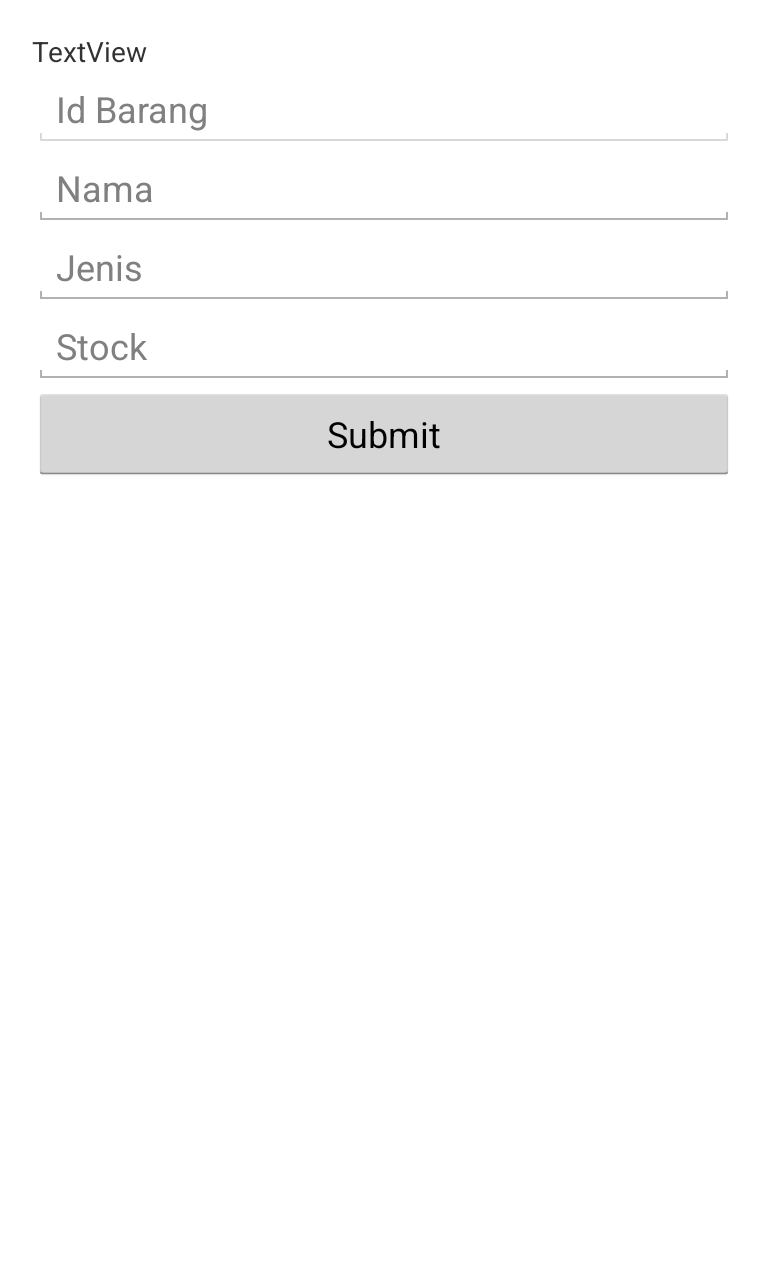
Repository: kisahtegar/UnipiLabs
Layout: GudangKisah/res/layout/activity_update_data.xml
These files come from the project's save history. The layout is drawn as it stood at one moment and after the next save; the edit follows.
It is drawn on a 768 x 1280 px phone screen (xhdpi) without system bars, with theme AppTheme; the app's code is not run.

Above is the layout before, as saved 2024-07-31 04:34:16.

### GudangKisah/res/layout/activity_update_data.xml
<!-- activity_update_data.xml -->
<LinearLayout xmlns:android="http://schemas.android.com/apk/res/android"
    android:layout_width="match_parent"
    android:layout_height="match_parent"
    android:orientation="vertical"
    android:padding="16dp">

    <TextView
        android:id="@+id/textView1"
        android:layout_width="wrap_content"
        android:layout_height="wrap_content"
        android:text="TextView" />

    <EditText
        android:id="@+id/id_barang"
        android:layout_width="match_parent"
        android:layout_height="wrap_content"
        android:hint="@string/id_barang"
        android:enabled="false" />

    <EditText
        android:id="@+id/nama"
        android:layout_width="match_parent"
        android:layout_height="wrap_content"
        android:hint="@string/nama" />

    <EditText
        android:id="@+id/jenis"
        android:layout_width="match_parent"
        android:layout_height="wrap_content"
        android:hint="@string/jenis"/>

    <EditText
        android:id="@+id/stock"
        android:layout_width="match_parent"
        android:layout_height="wrap_content"
        android:hint="@string/stock"/>

    <Button
        android:id="@+id/submit_button"
        android:layout_width="match_parent"
        android:layout_height="wrap_content"
        android:text="@string/submit"/>

</LinearLayout>

### GudangKisah/res/values/strings.xml
<?xml version="1.0" encoding="utf-8"?>
<resources>

    <string name="app_name">GudangKisah</string>
    <string name="action_settings">Settings</string>
    <string name="hello_world">Hello world!</string>

    <string name="tambah_barang">Tambah Barang</string>
    <string name="update_barang">Update Barang</string>
    <string name="tambah_data">Tambah Data</string>
    <string name="id_barang">Id Barang</string>
    <string name="nama">Nama</string>
    <string name="jenis">Jenis</string>
    <string name="stock">Stock</string>
    <string name="submit">Submit</string>
</resources>

Loaded but not shown: GudangKisah/res/values/styles.xml (common file); GudangKisah/res/values-v11/styles.xml (common file); GudangKisah/res/values-v14/styles.xml (common file)

After the next save:
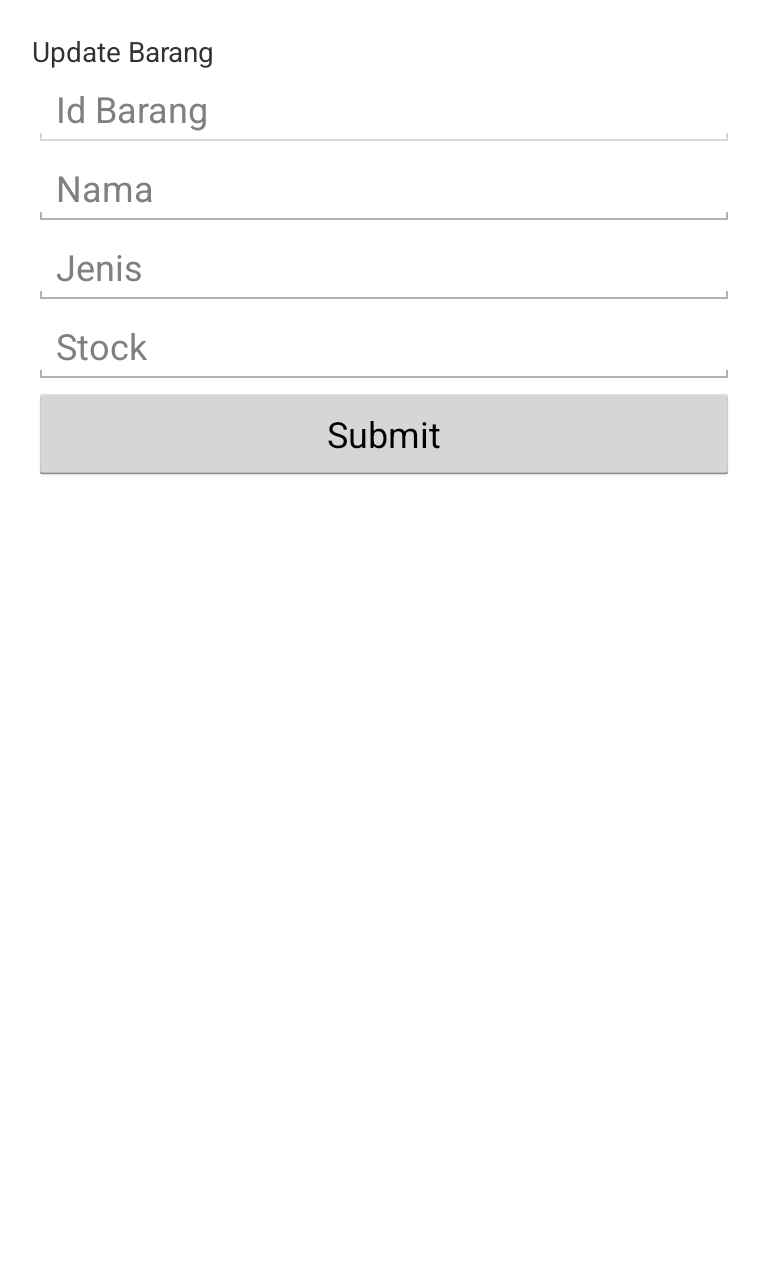
Saved 14 s later.
--- a/GudangKisah/res/layout/activity_update_data.xml
+++ b/GudangKisah/res/layout/activity_update_data.xml
@@ -9,7 +9,7 @@
         android:id="@+id/textView1"
         android:layout_width="wrap_content"
         android:layout_height="wrap_content"
-        android:text="TextView" />
+        android:text="@string/update_barang" />
 
     <EditText
         android:id="@+id/id_barang"
